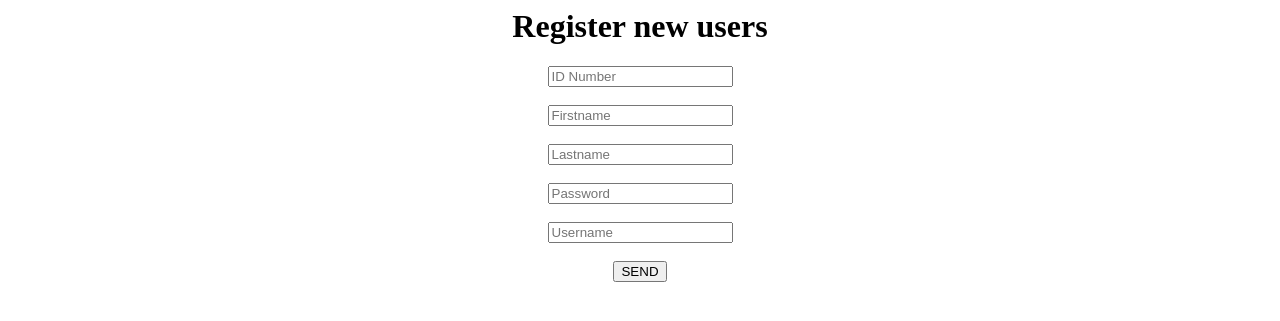
Repository: oforbes/CMail
Page: http://localhost/register.php
The author's editor kept a record of every edit. The page is drawn from the files as they stood at one moment, then again after the next edit.
The browser window is 1280 px wide. The pictures show the whole page.
The page is run by PHP 8.4 with error messages shown; the project is at /var/www/html/.

Above is the page before.

After the next edit:
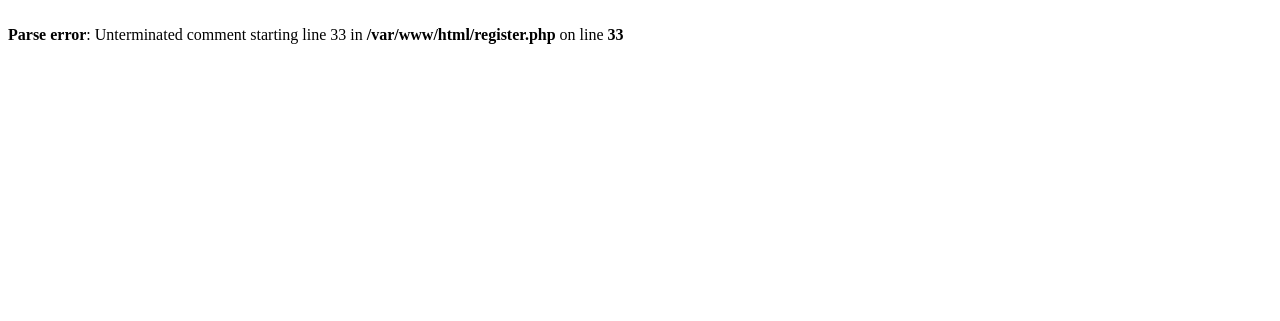
The edit:
--- a/register.php
+++ b/register.php
@@ -69,7 +69,7 @@
 
 $conn->close();
 
-*/
+
 
 
 
